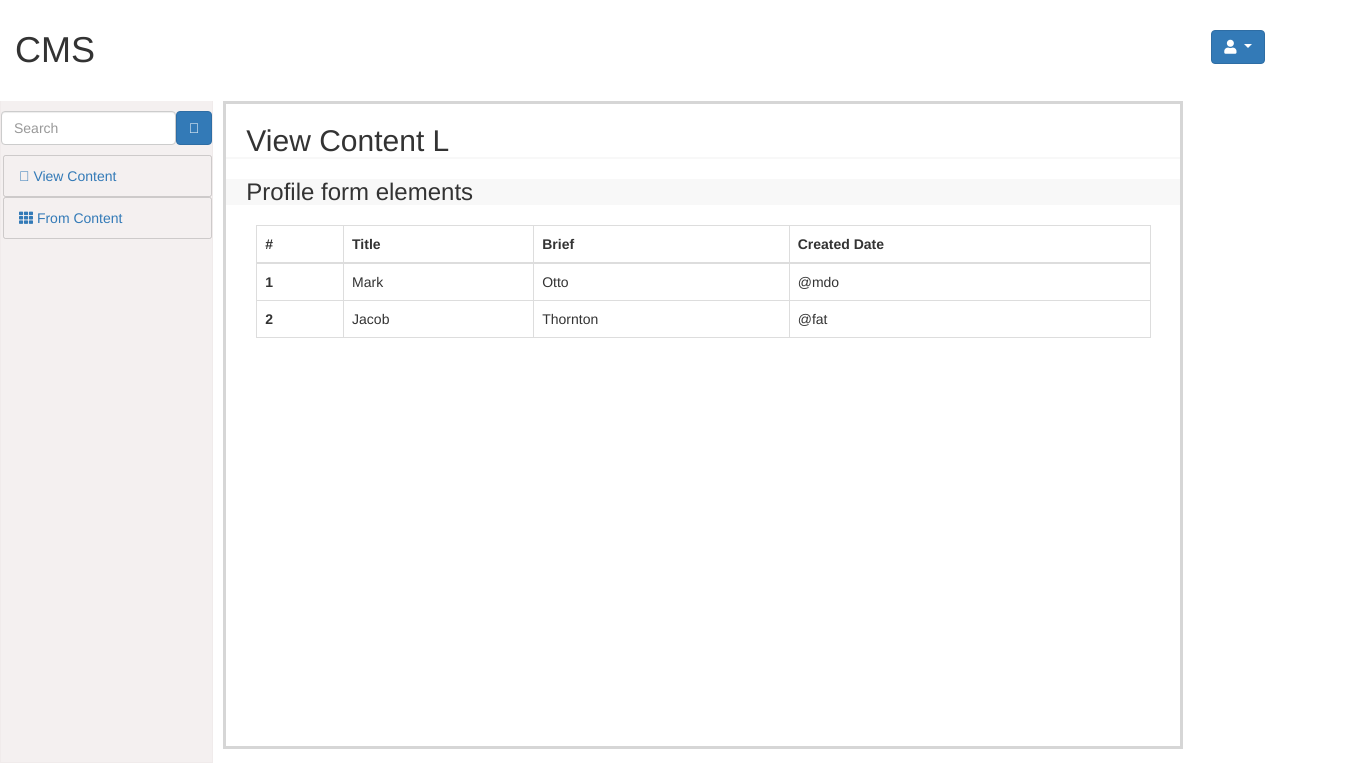
Repository: NgocNB20/travel
Page: NgocNb20_assigment8_9/view.html
The author's editor kept a copy of each file at every save. The page is drawn from the files as they stood at one save, then again after the next save.
The browser window is 1280 px wide. The page is 1366 px wide, so the pictures cover 1366 px, including what lies to the right of the window. The pictures show the whole page.
Some web libraries are served in a nearby version.

Above is the page before, as saved 2021-10-06 01:17:56.

### NgocNb20_assigment8_9/view.html
<!DOCTYPE html>
<html>

<head>
    <meta name="viewport" content="width=device-width, initial-scale=1.0">
    <link rel="stylesheet" href="https://maxcdn.bootstrapcdn.com/bootstrap/4.0.0/css/bootstrap.min.css"
        integrity="sha384-Gn5384xqQ1aoWXA+058RXPxPg6fy4IWvTNh0E263XmFcJlSAwiGgFAW/dAiS6JXm" crossorigin="anonymous">
    <link rel="canonical" href="https://getbootstrap.com/docs/5.1/examples/sidebars/">
    <link rel="stylesheet" href="https://maxcdn.bootstrapcdn.com/bootstrap/3.4.1/css/bootstrap.min.css">
    <link rel="stylesheet" href="https://pro.fontawesome.com/releases/v5.10.0/css/all.css"
        integrity="sha384-AYmEC3Yw5cVb3ZcuHtOA93w35dYTsvhLPVnYs9eStHfGJvOvKxVfELGroGkvsg+p" crossorigin="anonymous" />
    <link rel="stylesheet" href="./add.css">
    <script src="https://ajax.googleapis.com/ajax/libs/jquery/3.4.1/jquery.min.js"></script>
    <script src="https://maxcdn.bootstrapcdn.com/bootstrap/3.4.1/js/bootstrap.min.js"></script>
</head>

<body>
    <div class="content">
        <div class="container-fluid">
            <div class="row menu-header">
                <div class="col-6">
                    <h1 class="page-header ">CMS</h1>
                </div>
                <div class="col-6">
                    <div class="btn-group">
                        <button class="btn btn-primary dropdown-toggle" type="button" id="dropdownMenuButton"
                            data-toggle="dropdown">
                            <i class="fas fa-user"></i>
                        </button>
                        <div class="dropdown-menu">
                            <a class="dropdown-item" href="#"><i class="fas fa-sign-out-alt"></i>Logout</a>
                            <a class="dropdown-item" href="#"><i class="fas fa-user"></i>User profile</a>
                        </div>
                    </div>
                </div>
            </div>

        </div>
        <div class="container-fluid">

            <div class="row">
                <div class="col-3"></div>
            </div>
            <div class="row">

                <div class="col-2 sidebar-left mb-auto flex-column">
                    <div class="search">
                        <input type="email" class="form-control search-query" placeholder="Search">
                        <button type="submit" class="btn btn-primary btn-search"><i class="fad fa-search"></i></button>

                    </div>
                    <ul class="nav nav-pills flex-column mb-auto">
                        <li class="nav-item">
                        </li>
                        <li>
                            <a href="#" class="nav-link link-dark">
                                <i class="fal fa-pen-square"></i> View Content
                            </a>
                        </li>
                        <li>
                            <a href="#" class="nav-link link-dark">
                                <i class="fas fa-th"></i> From Content
                            </a>
                        </li>

                    </ul>

                </div>
                <div class="col-9 sidebar-right">
                    <h2 class="title-add">View Content L</h2>
                    <h3 class="title-form">Profile form elements</h3>
                    <div class="container ">
                        <div class="row form">
                            <div class="col-10">
                                <table class="table table-bordered">
                                    <thead>
                                      <tr>
                                        <th scope="col">#</th>
                                        <th scope="col">Title</th>
                                        <th scope="col">Brief</th>
                                        <th scope="col">Created Date</th>
                                      </tr>
                                    </thead>
                                    <tbody>
                                      <tr>
                                        <th scope="row">1</th>
                                        <td>Mark</td>
                                        <td>Otto</td>
                                        <td>@mdo</td>
                                      </tr>
                                      <tr>
                                        <th scope="row">2</th>
                                        <td>Jacob</td>
                                        <td>Thornton</td>
                                        <td>@fat</td>
                                      </tr>

                                    </tbody>
                                  </table>
                            </div>

                        </div>

                    </div>
                </div>
            </div>
        </div>
    </div>


</body>

</html>

### NgocNb20_assigment8_9/add.css
.content{
    width: 100%;
    height: 100vh;

}
.page-header h1{
    color:#a69c98;
    text-align: left;
}
.header {

    background-color:#f0eaeab4;
     height: 8vh;
     align-items: center;
    border: 1px solid #f0eaeab4;

}
.sidebar-left{
    background-color:#f0eaeab4;
    border: 1px solid #f0eaeab4;
    height:92vh;
    border-top: 0px;

}
.d-flex.flex-column.flex-shrink-0.p-3.bg-light {
    width: 100%;
}
.col-2.sidebar-left {
    padding: 0;
}
.d-flex.flex-column.flex-shrink-0.bg-light {
    height: 100%;
}


.form {

    margin: 0;

    padding: 0;

}
.title-add{
    padding-left: 2rem;
    margin-top: 2rem;
    margin-bottom: 1rem;
    border-bottom: 2px solid #f8f8f8;

}
h3.title-form {
     padding-left: 2rem;
     background-color:#f8f8f8;
    margin-bottom: 0;
}

.col-9.sidebar-right {
    margin-left: 1rem;
    padding: 0;
    border: 3px solid #3333;
    height: 90vh;
}
.btn-search{
 cursor: pointer;
 margin: 0;
}
.search {

    display: flex;
    justify-content: flex-start;
    margin-top: 1rem;

}
.search-query{
    width: 70%;
}
h3.title-form {
    margin-bottom: 2rem;
}

.form-desc{
    font-weight: bold;
}
.page-header {
    padding-bottom: 0;
    margin:0;
    border-bottom:0 solid #eee;
}
.row.menu-header {
    justify-content: space-between;
    margin-top: 3rem;
    margin-bottom: 3rem;
}
.row.menu-header {
    text-align: right;
}
h1.page-header {
    text-align: left;
}

.dropdown-menu {
    position: absolute;
    top: 100%;
    left: -62px;
    z-index: 1000;
    display: none;
    float: left;
    min-width: 120px;
    padding: 5px 0;
    margin: 2px 0 0;
    font-size: 14px;
    text-align: left;
    list-style: none;
    background-color: #fff;
    background-clip: padding-box;
    border: 1px solid #ccc;
    border: 1px solid rgba(0,0,0,.15);
    border-radius: 4px;
    -webkit-box-shadow: 0 6px 12px rgb(0 0 0 / 18%);
    box-shadow: 0 6px 12px rgb(0 0 0 / 18%);
}
a.nav-link.link-dark {
    border: 1px solid #3333;
}
ul.nav.nav-pills.flex-column.mb-auto {
    margin-top: 1rem;
}
input.form-control.search-query {
    flex: 1 0 60%;
}

After the next save:
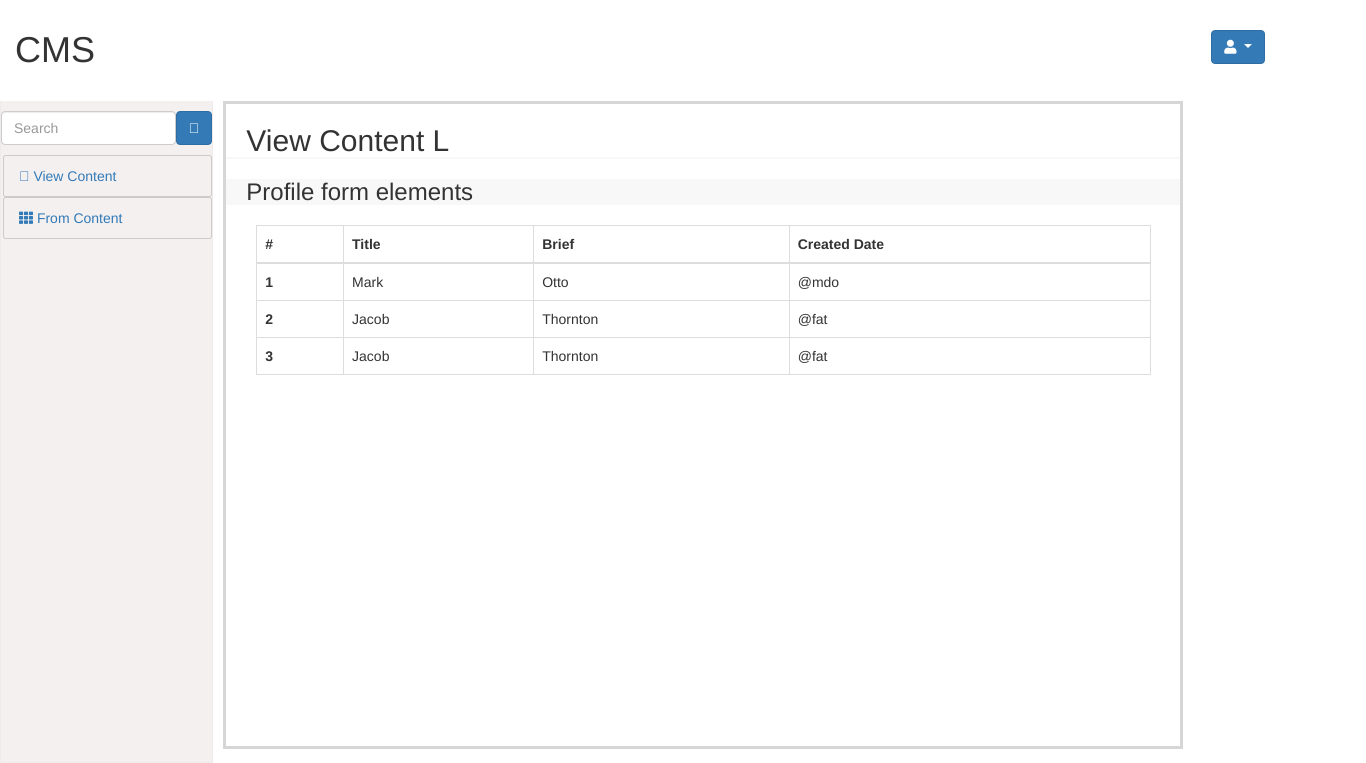
Saved 49 s later.
--- a/NgocNb20_assigment8_9/view.html
+++ b/NgocNb20_assigment8_9/view.html
@@ -94,6 +94,12 @@
                                         <td>Thornton</td>
                                         <td>@fat</td>
                                       </tr>
+                                      <tr>
+                                        <th scope="row">3</th>
+                                        <td>Jacob</td>
+                                        <td>Thornton</td>
+                                        <td>@fat</td>
+                                      </tr>
 
                                     </tbody>
                                   </table>
